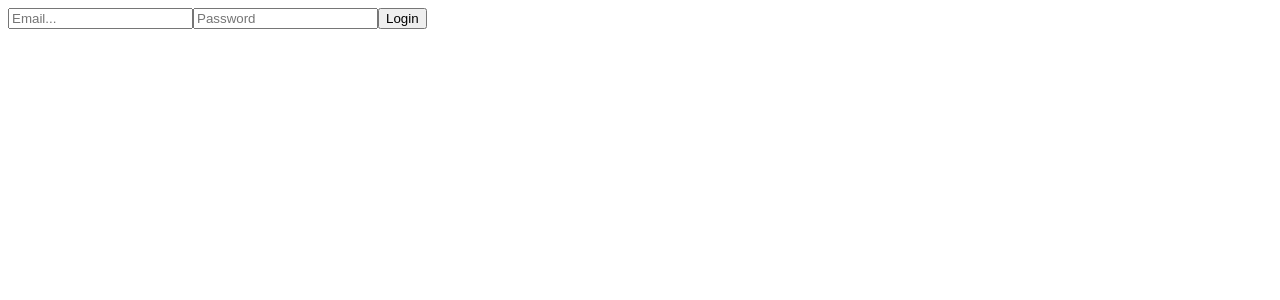
Repository: hungtuan/reactjs-k4-fullstack
Page: / (app in react02/)
The author's editor kept a copy of each file at every save. The page is drawn from the files as they stood at one save, then again after the next save.
The browser window is 1280 px wide. The pictures show the whole page.
The project was rebuilt for these pictures with package versions that can differ from the ones it lists, and the page was loaded fresh each time. Also part of the build but not shown: react02/vite.config.js.

Above is the page before, as saved 2023-11-14 16:45:35.

After the next save:
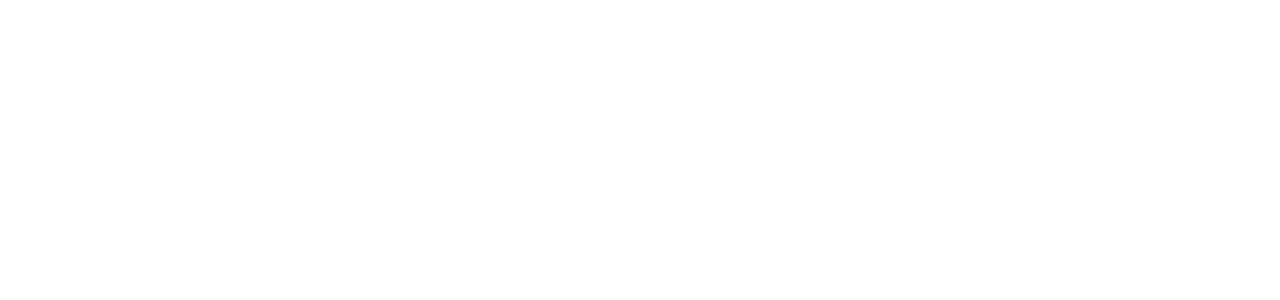
Console error: ReferenceError: email is not defined
Saved 2 min 43 s later.
--- a/react02/src/components/Login.jsx
+++ b/react02/src/components/Login.jsx
@@ -1,12 +1,26 @@
 import React from "react";
 
 const Login = () => {
+  const handleLogin = (email, password) => {
+    console.log(email, password);
+  };
+
   return (
     <div>
       <form action="">
-        <input type="email" name="email" placeholder="Email..." />
-        <input type="password" name="password" placeholder="Password" />
-        <button type="submit">Login</button>
+        <input type="email" name="email" placeholder="Email..." value={email} />
+        <input
+          type="password"
+          name="password"
+          placeholder="Password"
+          value={password}
+        />
+        <button
+          type="submit"
+          onClick={(email, password) => handleLogin(email, password)}
+        >
+          Login
+        </button>
       </form>
     </div>
   );

After the 3 saves that followed:
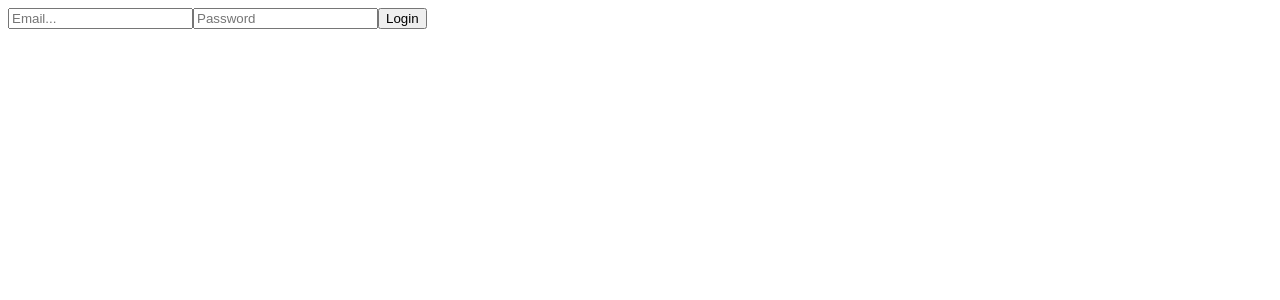
The error is gone.
The 3 saves are shown as one change because 2 did not build or start.
The last was saved 3 min 53 s later.
--- a/react02/src/components/Login.jsx
+++ b/react02/src/components/Login.jsx
@@ -1,6 +1,8 @@
-import React from "react";
+import React, { useState } from "react";
 
 const Login = () => {
+  const [email, password, setEmail, setPassword] = useState("");
+
   const handleLogin = (email, password) => {
     console.log(email, password);
   };
@@ -15,10 +17,7 @@
           placeholder="Password"
           value={password}
         />
-        <button
-          type="submit"
-          onClick={(email, password) => handleLogin(email, password)}
-        >
+        <button type="submit" onClick={() => handleLogin(email, password)}>
           Login
         </button>
       </form>
